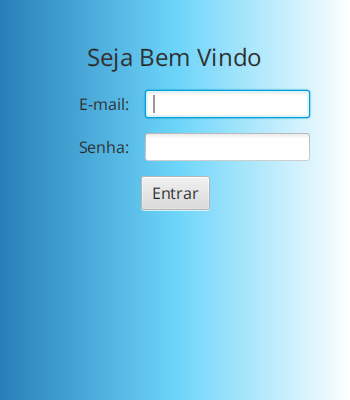
Repository: vitmac1/eclipse-workspace-project
Program's window: java exercicios-javafx/src/fxml/AppFXML.java
These files come from the project's save history. The program's window is drawn as it stood at one moment and after the next save; the edit follows.
It runs on Java 21 on a 1366 x 768 screen with JavaFX 11; the title bar is not drawn.

Above is the program's window before, as saved 2022-10-21 20:02:17.

After the next save:
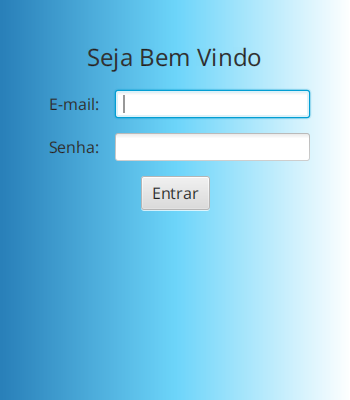
Saved 38 s later.
--- a/exercicios-javafx/src/fxml/Login.fxml
+++ b/exercicios-javafx/src/fxml/Login.fxml
@@ -14,7 +14,7 @@
 	</padding>
 
 	<columnConstraints>
-		<ColumnConstraints minWidth="90" prefWidth="90"
+		<ColumnConstraints minWidth="60" prefWidth="60"
 			halignment="right"/>
 		<ColumnConstraints prefWidth="200" maxWidth="Infinity"
 			hgrow="ALWAYS"/>
